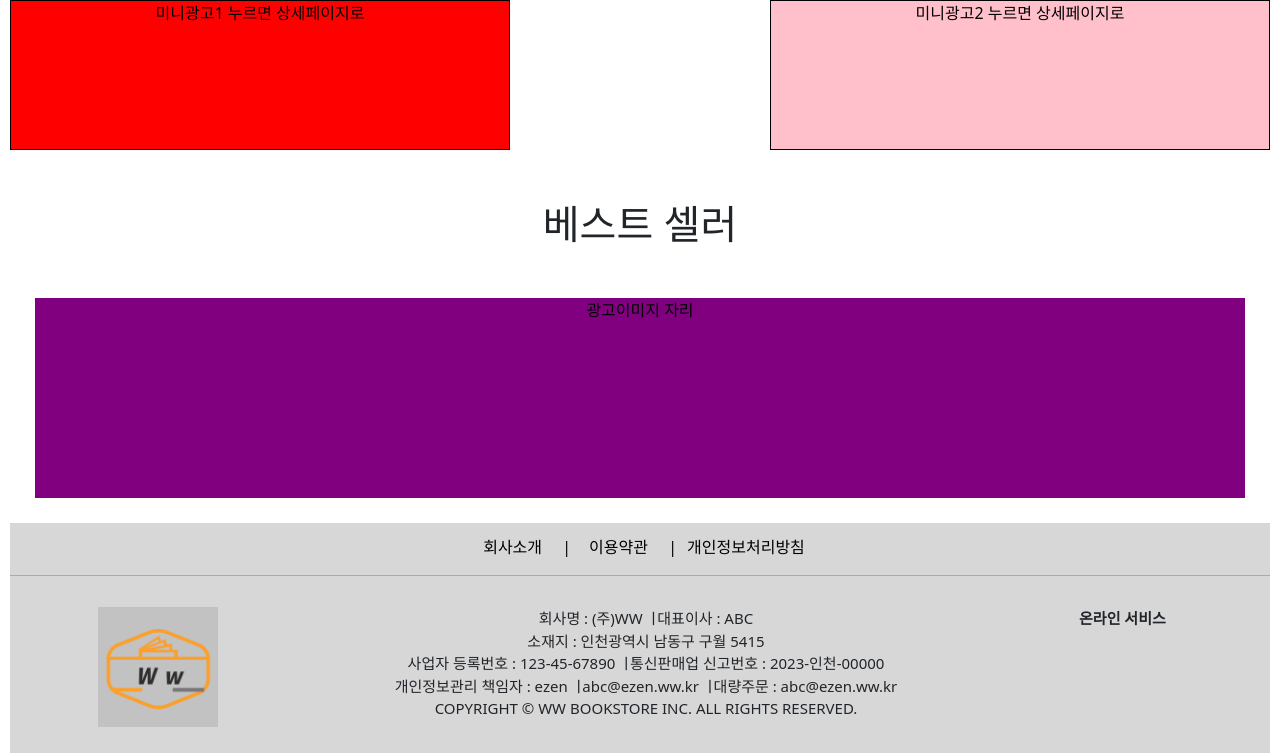
Repository: bongbongi/book1
Page: http://localhost/book/WEB-INF/views/home.jsp
The author's editor kept a copy of each file at every save. The page is drawn from the files as they stood at one save, then again after the next save.
The browser window is 1280 px wide. The pictures show the part of the page from y = 1112 to 1865 px (the page is 1865 px tall).
Some web libraries are served in a nearby version. The page is served by Tomcat 9. Nobody is signed in. Other server files are loaded and not shown. The template is opened directly, without the code that normally fills it, so the values that code supplies are empty.

Above is the page before, as saved 2023-01-09 02:38:56.

### book/src/main/webapp/WEB-INF/views/home.jsp
<%@ page language="java" contentType="text/html; charset=UTF-8"
	pageEncoding="UTF-8"%>
<%@ taglib uri="http://java.sun.com/jsp/jstl/core" prefix="c"%>
<%@ page import="java.net.URLEncoder"%>
<%@ page import="java.net.URL"%>
<%@ page import="java.net.HttpURLConnection"%>
<%@ page import="java.io.BufferedReader"%>
<%@ page import="java.io.InputStreamReader"%>

<html>
<!-- CSS only -->
<link
	href="https://cdn.jsdelivr.net/npm/bootstrap@5.2.2/dist/css/bootstrap.min.css"
	rel="stylesheet"
	integrity="sha384-Zenh87qX5JnK2Jl0vWa8Ck2rdkQ2Bzep5IDxbcnCeuOxjzrPF/et3URy9Bv1WTRi"
	crossorigin="anonymous">
<!-- JavaScript Bundle with Popper -->
<script
	src="https://cdn.jsdelivr.net/npm/bootstrap@5.2.2/dist/js/bootstrap.bundle.min.js"
	integrity="sha384-OERcA2EqjJCMA+/3y+gxIOqMEjwtxJY7qPCqsdltbNJuaOe923+mo//f6V8Qbsw3"
	crossorigin="anonymous"></script>
<script src="https://kit.fontawesome.com/92e616dfba.js" crossorigin="anonymous"></script>
<meta charset="UTF-8">
<head>
<title>Home</title>
<style>
* {
	text-align: center;
}

.home_main {
	margin:0 auto;
	width: 1260px;
}

body {


}

.slide {
	background-color: peru;
	margin: 0 auto;
	width: 1260px;
	height: 500px;
}

.todayBookImg {
	width: 300px;
	height: 300px;
	background-color: aqua;
}

.todayBookImg>img {
	width: 300px;
	height: 300px;
}

.todayBook {

}

.todayBookIntroduce {
	margin: 0 auto;
	display: flex;
}

.Best_item {
	width: 230px;
	height: 310px;
	background-color: antiquewhite;
	display: inline-block;
	vertical-align: top;
	margin-right: 10px;
	margin-bottom: 50px;
}

.img_box {
	width: 220px;
	height: 200px;
	background-color: lightgray;
	margin: 5px;
}
.book_img{
	width: 180px;
	height: 200px;
}
.main_book_header{
	font-size:16px;
}
.main_book_writer{
	font-size:10px;
}

.BestSellerList {
	list-style: none;

	padding:0px;
	/* display: -moz-inline-box; */
}

.BestSellerList:nth-last-child(-n+5) {
	margin-top: 50px;
}

.bestSeller {
	/* display: flex; */

}

.d-block {
	height: 500px;
}
.rank{
	height: 30px;
 	text-align: left;

 	display: flex;


}
.fa-1{
 font-size:15px;
 	margin-left:8px;
}
.ad{
	background-color: purple;
	height: 200px;
	margin: 25px;
}
.ad-one{
	height: 200px;
	display: flex;
	justify-content: space-between;
}
.ad_mini_1{
	width: 500px;
	height:150px;
	background-color: red;
	border : 1px solid black;
}
.ad_mini_2{
	width: 500px;
	height:150px;
	background-color: pink;
	border : 1px solid black;
}
</style>
</head>
<body>
	<jsp:include page="./layout/header.jsp"></jsp:include>


	<div class="home_main">
		<nav class="navbar navbar-expand-lg bg-light">
			<div class="container-fluid">
				<!-- <a class="navbar-brand" href="#">Navbar</a> -->
				<button class="navbar-toggler" type="button"
					data-bs-toggle="collapse" data-bs-target="#navbarSupportedContent"
					aria-controls="navbarSupportedContent" aria-expanded="false"
					aria-label="Toggle navigation">
					<span class="navbar-toggler-icon"></span>
				</button>
				<div class="collapse navbar-collapse" id="navbarSupportedContent">
					<ul class="navbar-nav me-auto mb-2 mb-lg-0">
						<!-- <li class="nav-item">
                <a class="nav-link active" aria-current="page" href="#">이벤트</a>
              </li> -->
						<li class="nav-item dropdown"><a
							class="nav-link dropdown-toggle" href="#" role="button"
							data-bs-toggle="dropdown" aria-expanded="false"> 카테고리 </a>
							<ul class="dropdown-menu">
								<li><a class="dropdown-item" href="#">소설</a></li>
								<li><a class="dropdown-item" href="#">에세이</a></li>
								<li><hr class="dropdown-divider"></li>
								<li><a class="dropdown-item" href="#">문제집</a></li>
							</ul></li>
						<li class="nav-item"><a class="nav-link" href="#">베스트</a></li>
						<li class="nav-item"><a class="nav-link" href="#">이벤트</a></li>
					</ul>
				</div>
			</div>
		</nav>
		<div class="slide">
			<div id="carouselExampleCaptions" class="carousel slide"
				data-bs-ride="false">
				<div class="carousel-indicators">
					<button type="button" data-bs-target="#carouselExampleCaptions"
						data-bs-slide-to="0" class="active" aria-current="true"
						aria-label="Slide 1"></button>
					<button type="button" data-bs-target="#carouselExampleCaptions"
						data-bs-slide-to="1" aria-label="Slide 2"></button>
					<button type="button" data-bs-target="#carouselExampleCaptions"
						data-bs-slide-to="2" aria-label="Slide 3"></button>
				</div>
				<div class="carousel-inner">
					<div class="carousel-item active">
						<img
							src="https://cdn.pixabay.com/photo/2020/04/28/18/33/key-5105878_1280.jpg"
							class="d-block w-100" alt="...">
						<div class="carousel-caption d-none d-md-block">
							<h5>First slide label</h5>
							<p>Some representative placeholder content for the first
								slide.</p>
						</div>
					</div>
					<div class="carousel-item">
						<img
							src="https://cdn.pixabay.com/photo/2016/09/08/22/43/books-1655783_1280.jpg"
							class="d-block w-100" alt="...">
						<div class="carousel-caption d-none d-md-block">
							<h5>Second slide label</h5>
							<p>Some representative placeholder content for the second
								slide.</p>
						</div>
					</div>
					<div class="carousel-item">
						<img
							src="https://cdn.pixabay.com/photo/2015/11/19/21/11/atlas-1052011_1280.jpg"
							class="d-block w-100" alt="...">
						<div class="carousel-caption d-none d-md-block">
							<h5>Third slide label</h5>
							<p>Some representative placeholder content for the third
								slide.</p>
						</div>
					</div>
				</div>
				<button class="carousel-control-prev" type="button"
					data-bs-target="#carouselExampleCaptions" data-bs-slide="prev">
					<span class="carousel-control-prev-icon" aria-hidden="true"></span>
					<span class="visually-hidden">Previous</span>
				</button>
				<button class="carousel-control-next" type="button"
					data-bs-target="#carouselExampleCaptions" data-bs-slide="next">
					<span class="carousel-control-next-icon" aria-hidden="true"></span>
					<span class="visually-hidden">Next</span>
				</button>
			</div>
		</div>
		<div class="todayBook">
			<h1>오늘의 책</h1>
			<div class="todayBookIntroduce">
				<div class="todayBookImg">
					<img
						src="https://contents.kyobobook.co.kr/sih/fit-in/458x0/pdt/9791167740847.jpg">
				</div>
				<div>제목 지은이,출판사 가격 책 간단 줄거리</div>
			</div>
		</div>
		<div class="ad-one">
			<div class="ad_mini_1"><a href="#">미니광고1 누르면 상세페이지로</a></div>
			<div class="ad_mini_2"><a href="#">미니광고2 누르면 상세페이지로</a></div>
		</div>
		<h1>베스트 셀러</h1>
		<div class="BestSeller">
			<ul class="BestSellerList">
			<c:forEach items="${book_list}" var="list" begin="1" end="10">
				<li class="Best_item">
					<div class="rank">
						<i class="fa-solid fa-1"></i>
					</div>
					<div class="img_box">
						<a href="#">
							<img class="book_img" src="${list.book_image}">
						</a>
					</div>
					<div class="info_box">
						<span class="main_book_header">${list.book_title}</span>
						<Br>
						<span class="main_book_writer">${list.book_writer} : ${list.book_publisher}</span>
					</div>
				</li>
			</c:forEach>


			</ul>


		</div>
		<!-- 광고 -->
		<div class="ad">
			<a href="#">
				광고이미지 자리
			</a>
		</div>
	</div>
	<jsp:include page="./layout/footer.jsp"></jsp:include>
</body>
</html>

### book/src/main/webapp/WEB-INF/views/layout/header.jsp
<%@ page language="java" contentType="text/html; charset=UTF-8" pageEncoding="UTF-8"%>
<%@ taglib uri="http://java.sun.com/jsp/jstl/core" prefix="c"%>
<link href="https://cdn.jsdelivr.net/npm/bootstrap@5.2.2/dist/css/bootstrap.min.css" rel="stylesheet" integrity="sha384-Zenh87qX5JnK2Jl0vWa8Ck2rdkQ2Bzep5IDxbcnCeuOxjzrPF/et3URy9Bv1WTRi" crossorigin="anonymous">
<script src="https://kit.fontawesome.com/92e616dfba.js" crossorigin="anonymous"></script>
<meta charset="UTF-8">
<!DOCTYPE html>
<html>
<head>
<style>
.header {
   margin: 0 auto;
   width: 1260px;
   height: 200px;
}

.menu {
   display: flex;
   justify-content: flex-end;
   padding: 5px;
}

.logo {
   width: 150px;
   height: 150px;
   background-color: blue;
}

.logo>a>img {
   width: 150px;
   height: 150px;
}

.searchBar {
   /* position:absolute; */
   width: 484px;
   height: 42px;
   /* background-color: gold; */
   margin-top: 54px;
   border-radius: 30px;
}

.bar {
   height: 150px;
   display: flex;
   flex-direction: row;
   flex-wrap: nowrap;
   justify-content: space-around;
   /*    align-items: baseline; */
}

.icons>a>i {
   font-size: 42px;
   color: black;
   margin-top: 54px;
   margin-right: 20px;
}
</style>
</head>
<body>
   <div class="header">
      <div class="menu">
         <c:if test="${ses.mem_id ==null}">
            <ul>
               <a href="/mem/loginPage">로그인</a>
            </ul>
            <ul>
               <a href="/mem/joinPage">회원가입</a>
            </ul>
         </c:if>
         <c:if test="${ses.mem_auth == '0' }">
            <ul>
               <a href="/mem/logOut">로그아웃</a>
            </ul>
            <ul>
               <a href="/mem/adminPage">관리인페이지</a>
            </ul>
         </c:if>
         <c:if test="${ses.mem_id !=null && ses.mem_auth !='0' }">
            <ul>
               <a href="/mem/logOut">로그아웃</a>
            </ul>
            <ul>
               <a href="/mem/mypage">마이페이지</a>
            </ul>
         </c:if>
         <%-- <ul>
            <a href="/cart/cartdetail?mem_num=${ses.mem_num}">장바구니</a>
         </ul> --%>
         <c:if test="${ses.mem_id !=null}">
         <ul>
            <a href="/cart/cartdetail?mem_num=${ses.mem_num}">장바구니</a>
         </ul>
         </c:if>
         <c:if test="${ses.mem_id == null}">
               <a href="/mem/loginPage" onclick="gologin(event)">&nbsp&nbsp&nbsp장바구니</a>
         </c:if>
      </div>
      <div class="bar">
         <div class="logo">
            <a href="/"><img src="/resources/img/logo.jpg" alt="로고"></a>
         </div>
         <div class="searchBar">
            <form action="/book/search" class="d-flex" role="search" method="get">
               <div class="input-group mb-3">
                  <!-- 값을 별도 저장 -->
                  <c:set value="${pgh.pgvo.type}" var="typed" />
                  <select class="form-select" name="type">
                     <option value="t" ${typed eq 't' ? 'selected' :'' }>책제목</option>
                     <option value="c" ${typed eq 'c' ? 'selected' :'' }>작가이름</option>
                     <option value="w" ${typed eq 'w' ? 'selected' :'' }>출판사</option>
                  </select> <input class="form-control me-2" type="text" name="keyword" placeholder="포함해서찾기"> <input type="hidden" name="pageNo" value="1"> <input type="hidden" name="qty" value="10">
                  <button class="btn btn-outline-success" type="submit">Search</button>
                  <span class="position-absolute top-0 start-100 translate-middle badge rounded-pill bg-danger"> ${pgh.totalCount}개 <span class="visually-hidden">unread messages</span>
                  </span>
               </div>
            </form>
         </div>
         <div class="icons">
            <!-- 로그인 되었을때 -->
            <c:if test="${ses.mem_id !=null}">
            <a href="/cart/cartdetail?mem_num=${ses.mem_num}">
               <i class="fa-solid fa-cart-shopping"></i>
            </a>
            </c:if>
            <!-- 로그인 안되었을때 -->
            <c:if test="${ses.mem_id == null}">
            <a href="/mem/loginPage" onclick="gologin(event)">
               <i class="fa-solid fa-cart-shopping"></i>
            </a>
            </c:if>

            <c:if test="${ses.mem_auth == '0' }">
               <a href="/mem/adminPage">
                  <i class="fa-solid fa-user"></i>
               </a>
            </c:if>
            <c:if test="${ses.mem_auth != '0' }">
               <a href="/mem/mypage">
                  <i class="fa-solid fa-user"></i>
               </a>
            </c:if>

         </div>
      </div>
   </div>

   <script type="text/javascript">
      function gologin(event) {
         alert("로그인이 필요합니다!");
      }
      </script>
</body>
</html>

### book/src/main/webapp/WEB-INF/views/layout/footer.jsp
<%@ page language="java" contentType="text/html; charset=UTF-8"
   pageEncoding="UTF-8"%>
   <%@ taglib uri="http://java.sun.com/jsp/jstl/core" prefix="c"%>
<!DOCTYPE html>
<html>
<head>
<meta charset="UTF-8">
<title>Insert title here</title>
<style>
.footer {
   width: 1260px;
   height: 230px;
   background-color: rgba(175, 175, 175, 0.5);
   margin: 0 auto;
}

.footer-logo {

   width: 120px;
   height: 120px;
   background-color: beige;
}
.footer-logo>img{
   width: 120px;
   height: 120px;
}

.address-box {
   text-align: left;
   padding: 0;
   margin: 0;
}

.address {
   padding: 15px;
   height: 150px;
   display: flex;
   font-size: 15px;
   /* align-items: baseline; */
   flex-direction: row;
   flex-wrap: nowrap;
   justify-content: space-around;
}

ul {
   list-style: none;
}

.footer, .address li {

}

.footer-top {
   text-align: center;
   padding-top: 12px;
}

.footer-top>ul {
   margin: 0;
   padding: 0;
   display: flex;
   justify-content: center;
}

.footer-top>li {
   margin: 0;
   padding: 0;
}

a {
   text-decoration-line: none;
   color: black;
}

a:visited {
   text-decoration: none;
}

a:hover {
   text-decoration: none;
}

a:focus {
   text-decoration: none;
}

a:hover, a:active {
   text-decoration: none;
}

.online-serviceBar {
   padding: 0px;
   margin-left: 20px;
   width: 120px;
   height: 120px;
}

.online-serviceBar>ul {
   margin: 0px;
   padding: 0px;
}

</style>

</head>

<body>
   <div class="footer">
      <div class="footer-top">
         <ul>
            <li><a href="/introduce">회사소개 　|　 </a></li>
            <li><a href="/tos">이용약관 　| 　</a></li>
            <li><a href="/pp">개인정보처리방침</a></li>
         </ul>
      </div>
      <hr>
      <div class="address">
         <div class="footer-logo">
            <img src="../resources/img/logo2.png" alt="로고">
         </div>
         <div class="address-box">
            <ul>
               <li>회사명 : (주)WW <span style="margin-right: -7px;">ㅣ</span>
                  대표이사 : ABC
               </li>

               <li>소재지 : 인천광역시 남동구 구월 5415</li>
               <li>사업자 등록번호 : 123-45-67890 <span style="margin-right: -7px;">ㅣ</span>
                  통신판매업 신고번호 : 2023-인천-00000
               </li>

               <li>개인정보관리 책임자 : ezen <span style="margin-right: -7px;">ㅣ</span>
                  abc@ezen.ww.kr <span style="margin-right: -7px;">ㅣ</span> 대량주문 :
                  abc@ezen.ww.kr
               </li>

               <li>COPYRIGHT © WW BOOKSTORE INC. ALL RIGHTS RESERVED.</li>

            </ul>

         </div>
         <div class="online-serviceBar">
            <strong>온라인 서비스</strong>
            <c:if test="${ses.mem_auth eq 1}">
            <ul>
               <li><a href="/mem/mypage">마이페이지</a></li>
               <li><a href="/ntc/noticeOnly">공지사항</a></li>
               <li><a href="/board/list">1대1문의</a></li>
               <li><a href="/faq/faqListOnly">FAQ</a></li>
            </ul>
            </c:if>
            <c:if test="${ses.mem_auth eq 0}">
            <ul>
               <li><a href="/" onclick="gologin(event)">마이페이지</a></li>
               <li><a href="/ntc/noticeOnly">공지사항</a></li>
               <li><a href="/" onclick="gologin(event)">1대1문의</a></li>
               <li><a href="/faq/faqListOnly">FAQ</a></li>
            </ul>

            </c:if>
         </div>
      </div>
   </div>

   <script type="text/javascript">

   function gologin(event) {
      alert("일반회원 영역입니다")
   }



   </script>

</body>
</html>

After the next save:
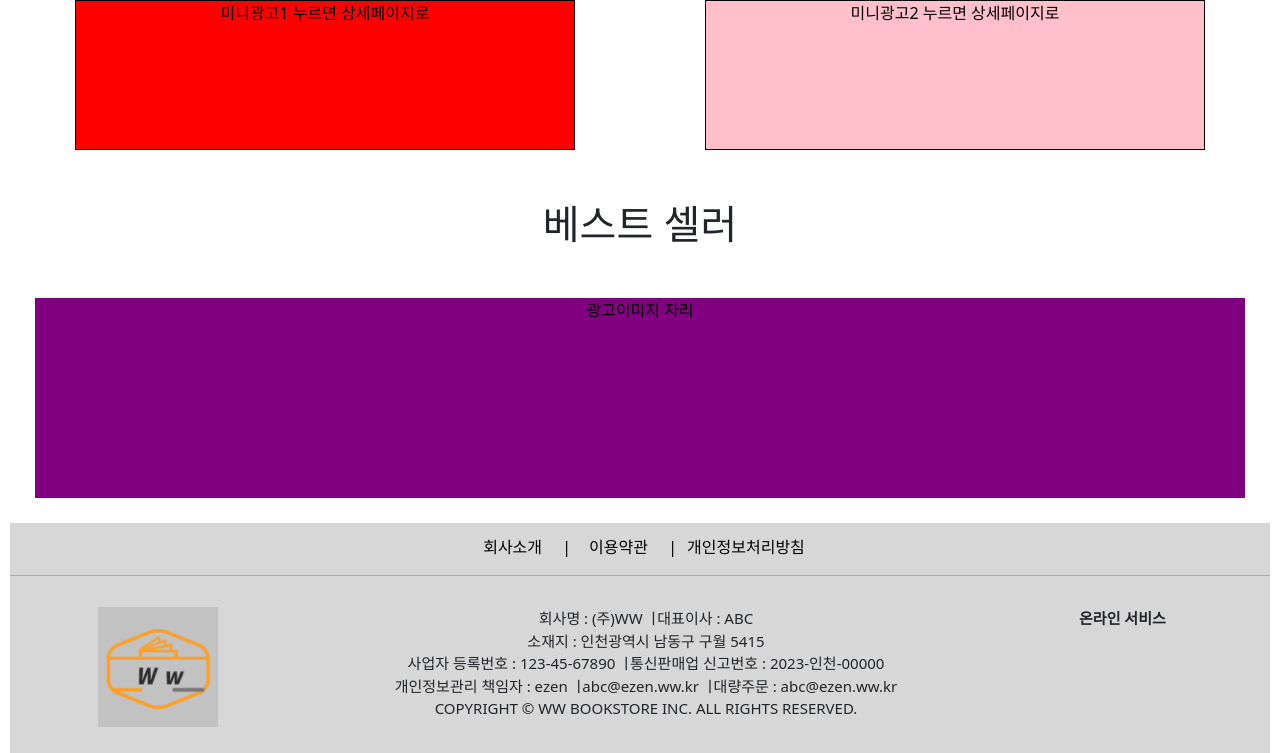
Saved 14 s later.
--- a/book/src/main/webapp/WEB-INF/views/home.jsp
+++ b/book/src/main/webapp/WEB-INF/views/home.jsp
@@ -131,7 +131,7 @@ body {
 .ad-one{
 	height: 200px;
 	display: flex;
-	justify-content: space-between;
+	justify-content: space-around;
 }
 .ad_mini_1{
 	width: 500px;
